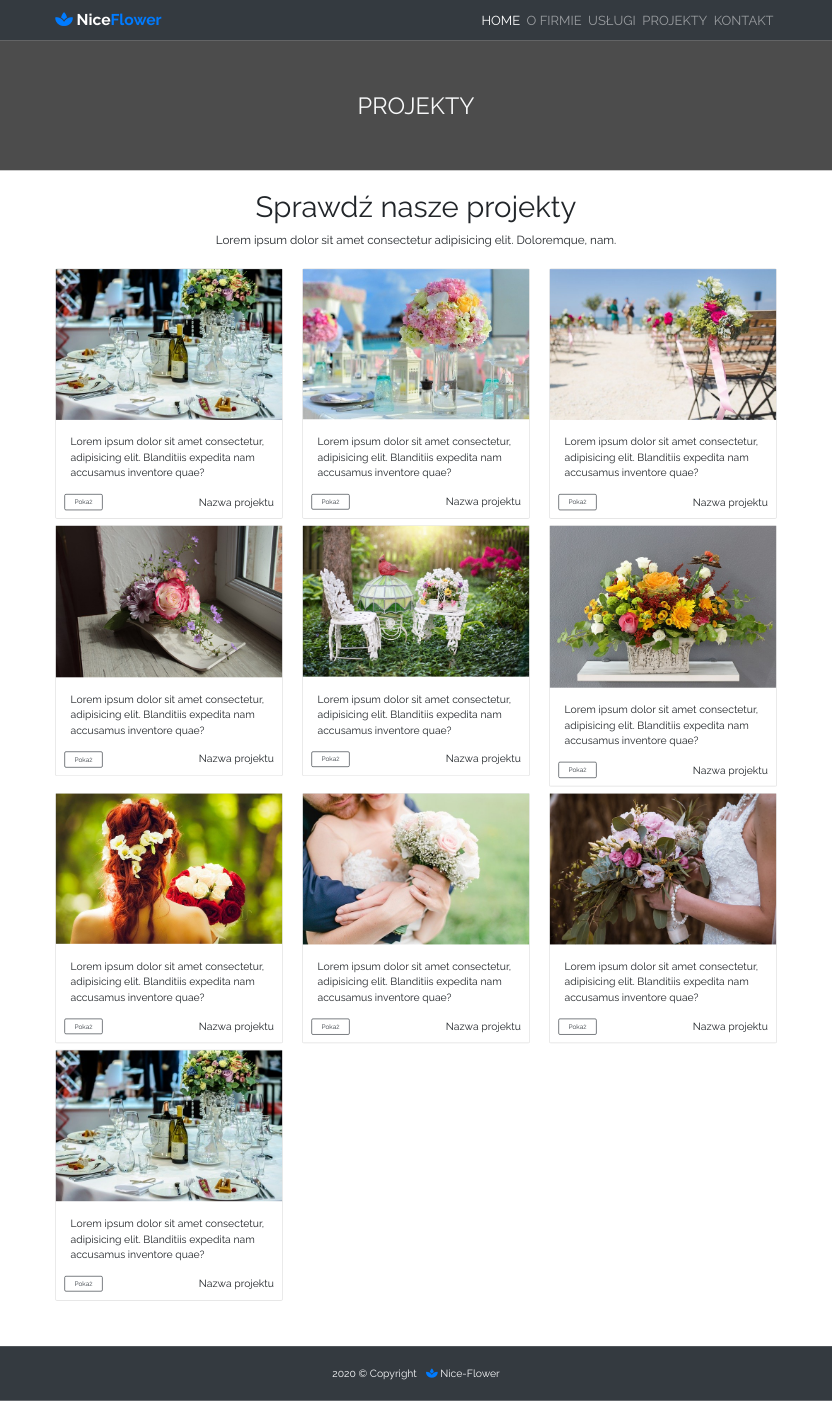
Repository: KrzysKolo/Projekt-13_Kwiaciarnia
Page: projects.html
The author's editor kept a copy of each file at every save. The page is drawn from the files as they stood at one save, then again after the next save.
The browser window is 1280 px wide. The pictures show the whole page, at 65% of full size.
Some web libraries are served in a nearby version.

Above is the page before, as saved 2020-08-11 12:24:49.

After the next save:
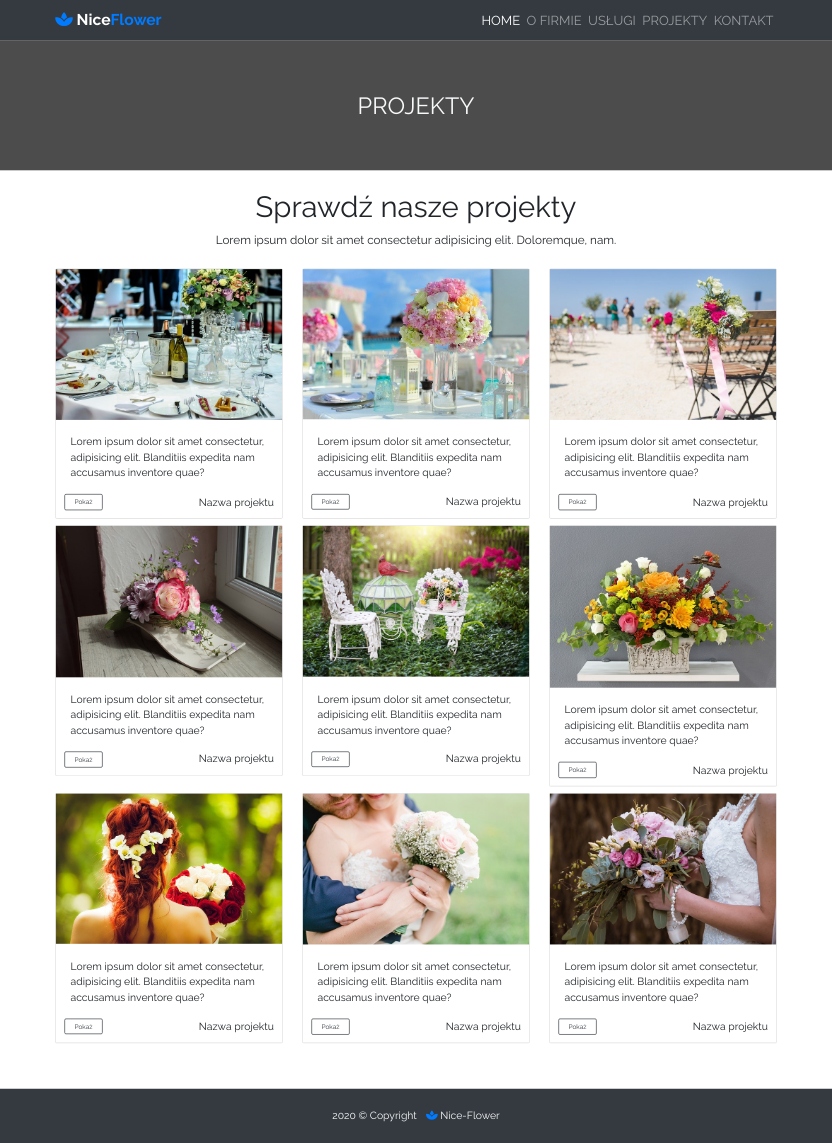
Saved 2 min 38 s later.
--- a/projects.html
+++ b/projects.html
@@ -232,24 +232,6 @@
                 </div>
               </div>
             </div>
-
-            <div class="col-md-6 col-lg-4">
-              <div class="card mb-3">
-                <img src="./img/p1.jpg" alt="Lorem lorem" />
-                <div class="card-body">
-                  <p class="p-3">
-                    Lorem ipsum dolor sit amet consectetur, adipisicing elit.
-                    Blanditiis expedita nam accusamus inventore quae?
-                  </p>
-                  <div
-                    class="d-flex justify-content-between align-items-center"
-                  >
-                    <button class="btn btn-outline-dark px-4">Pokaż</button>
-                    <p class="align-self-center m-0">Nazwa projektu</p>
-                  </div>
-                </div>
-              </div>
-            </div>
           </div>
         </div>
       </section>
